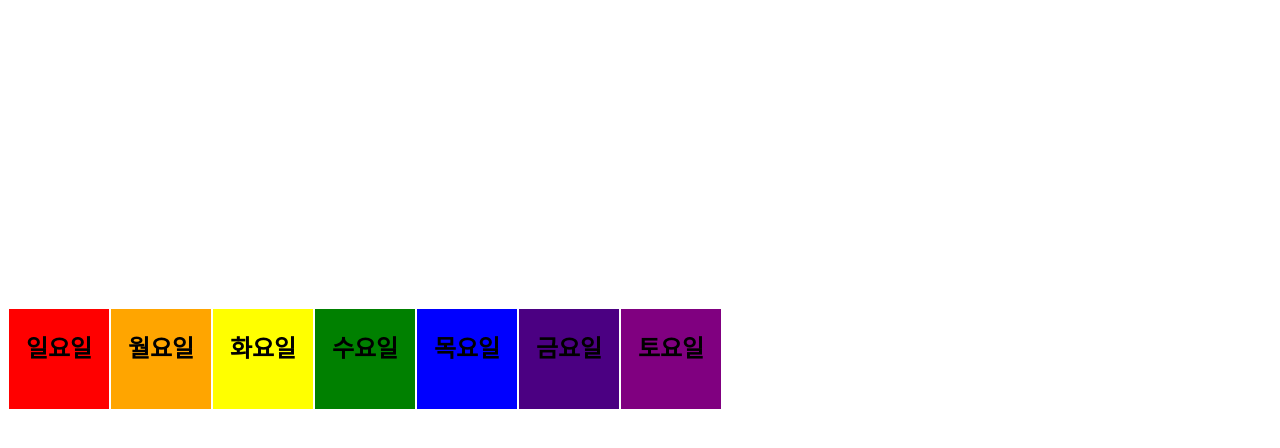
Repository: skim24245/web_workspace_src
Page: Lecture-Web/src/main/webapp/Jquery/html05.html
These files come from the project's save history. The page is drawn as it stood at one moment and after the next save; the edit follows.
The browser window is 1280 px wide. The pictures show the whole page.

Above is the page before, as saved 2022-05-30 10:15:19.

After the next save:
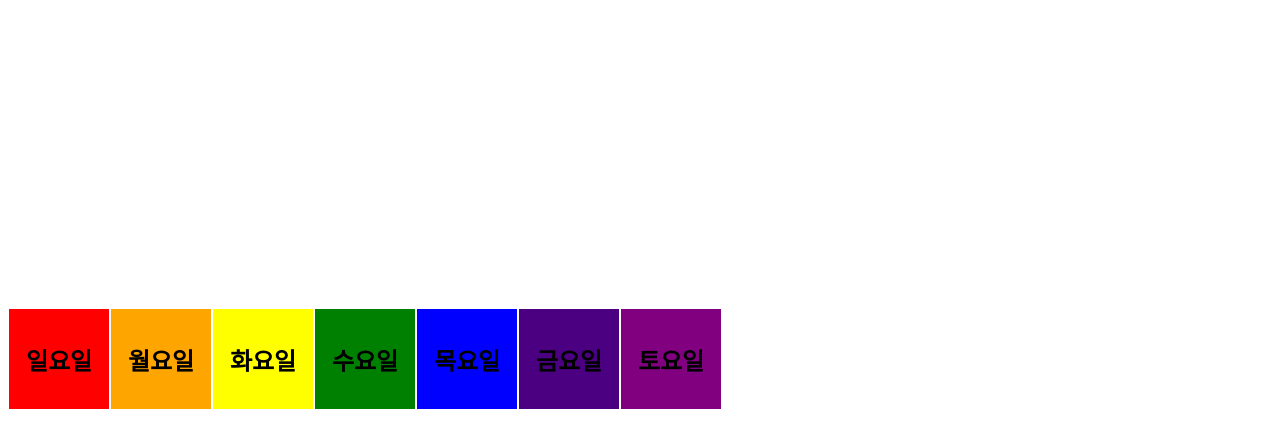
Saved 89 s later.
--- a/Lecture-Web/src/main/webapp/Jquery/html05.html
+++ b/Lecture-Web/src/main/webapp/Jquery/html05.html
@@ -9,7 +9,7 @@
 	height: 100px;
 	width: 100px;
 	float: left;
-	display: flex;
+	display: flex-shrink;
 	justify-content: center;
 	align-content: center;
 	border: 1px solid white;
@@ -80,9 +80,6 @@
 
 <script>
 	$(document).ready(function() {
-
-
-
 
 		$('.sun').mouseover(function() {
 			$(this).css("width", "150px")

After the save that followed:
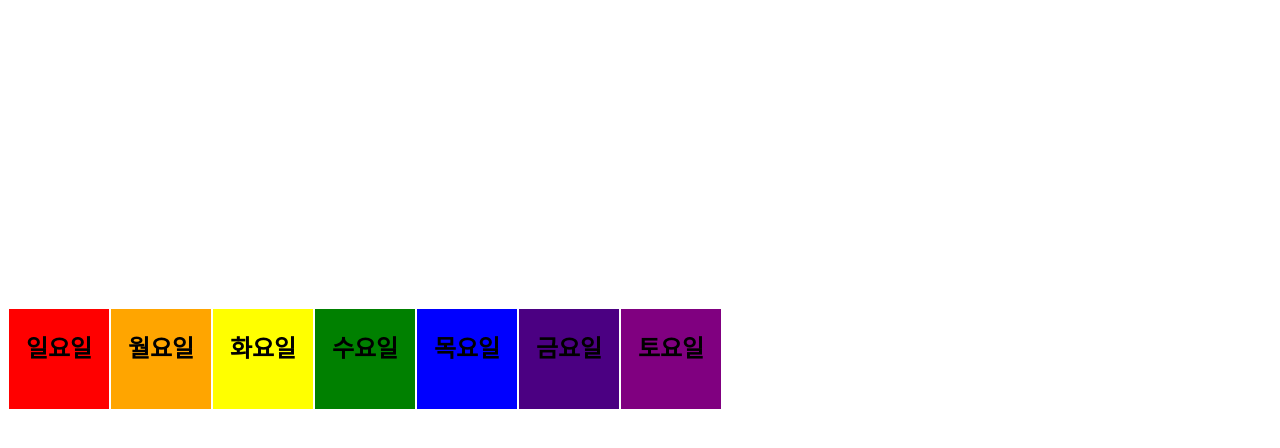
Saved 6 s later.
--- a/Lecture-Web/src/main/webapp/Jquery/html05.html
+++ b/Lecture-Web/src/main/webapp/Jquery/html05.html
@@ -9,7 +9,7 @@
 	height: 100px;
 	width: 100px;
 	float: left;
-	display: flex-shrink;
+	display: flex;
 	justify-content: center;
 	align-content: center;
 	border: 1px solid white;
